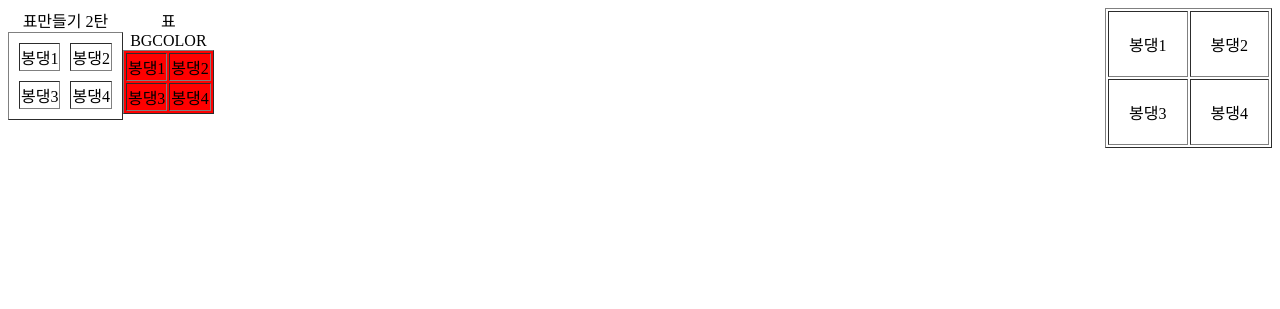
Repository: kisunssong/jsp
Page: http://localhost/test/table2.jsp
An editor plug-in stored every save of this project. The page is shown before and after the next save, followed by the edit.
The browser window is 1280 px wide. The pictures show the whole page.
The page is served by Tomcat 9.

Above is the page before, as saved 2020-10-28 14:31:51.

After the next save:
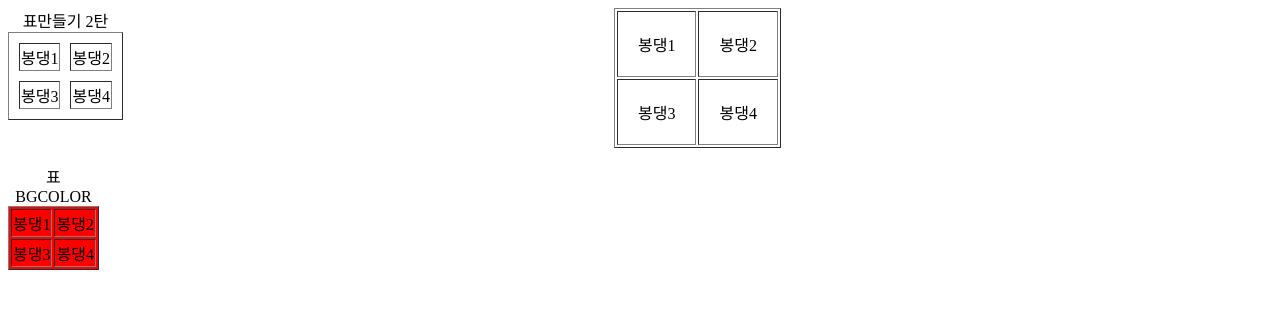
Saved 35 s later.
--- a/test/WebContent/table2.jsp
+++ b/test/WebContent/table2.jsp
@@ -10,7 +10,7 @@
 <TR><TD>봉댕3<TD>봉댕4</TR>
 </TABLE><P>
 
-<TABLE BORDER="1" ALIGN="RIGHT" CELLPADDING="20" >
+<TABLE BORDER="1" ALIGN="CENTER" CELLPADDING="20" >
 <!-- CELLPADDING 은 테두리와 글자사이 공간이 넓어진다 -->
 <TR><TD>봉댕1<TD>봉댕2</TR>
 <TR><TD>봉댕3<TD>봉댕4</TR>
